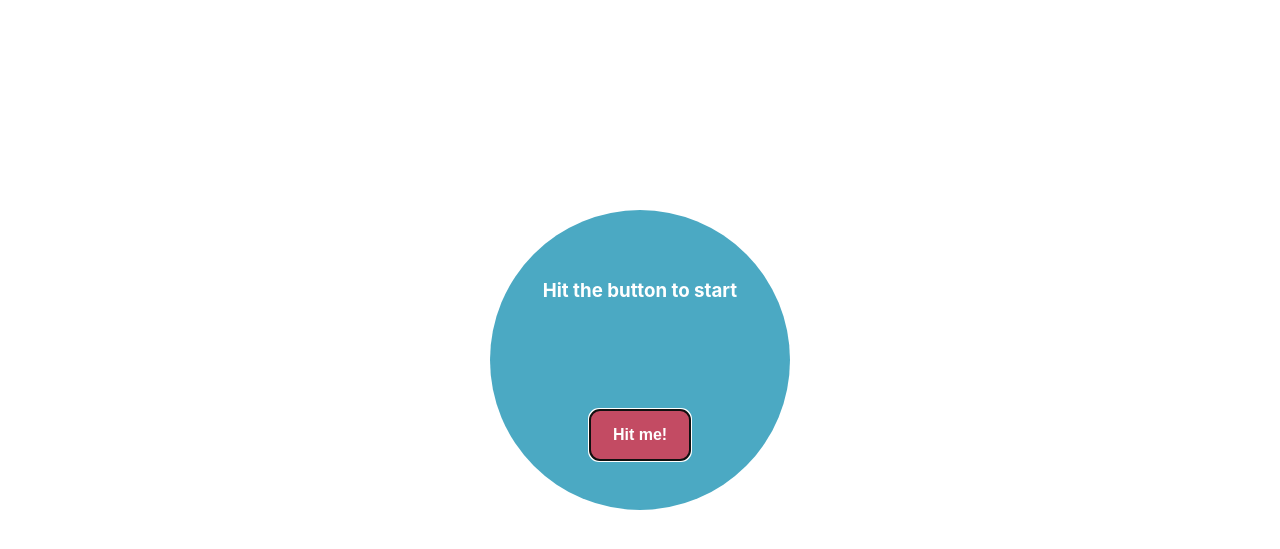
Repository: litalsh/Usless-Counter
Page: /
These files come from the project's save history. The page is drawn as it stood at one moment and after the next save; the edit follows.
The browser window is 1280 px wide. The pictures show the whole page.
The first visible `button` has the focus.
The project was rebuilt for these pictures with package versions that can differ from the ones it lists, and the page was loaded fresh each time.

Above is the page before, as saved 2021-02-22 12:45:29.

### src/App.js
import React, { useState } from 'react';
import './App.css';

function App() {
  const [counter, setCounter] = useState(0);

  const clickHandler = () => {
    setCounter(counter + 1)
  }
  return (
    <div className="App">
     {counter === 0 ? <h3>Hit the button to start</h3> : <h3>I clicked it <span>{counter}</span> times already. Nothing is happaning!</h3>}
     <button onClick={() => clickHandler()}>Hit me!</button>
    </div>
  );
}

export default App;

### src/App.css
#root{
  display: flex;
  width: 100vw;
  height: 100vh;
  justify-content: center;
  flex-direction: row;
  margin: auto;
}

.App {
  display: flex;
  flex-direction: column;
  justify-content: space-between;
  text-align: center;
  width: 300px;
  height: 300px;
  border-radius: 50%;
  background: #4BA9C3;
  padding: 50px;
  box-sizing: border-box;
  align-self: center;
}

h3 {
  color: #fff;
}

span {
  font-size: x-large;
  font-weight: bolder;
  color: #C34B63 ;
}

button {
  width: 100px;
  height: 50px;
  border-radius: 10px;
  border: 0.2em solid #fff;
  background: #C34B63;
  color: #fff;
  align-self: center;
  font-size: 1rem;
  font-weight: bold;
}

button:focus {
  border: none;
}

Loaded but not shown: public/index.html (common file); src/index.js (common file); src/index.css (common file); src/reportWebVitals.js (common file); public/manifest.json (common file)

After the next save:
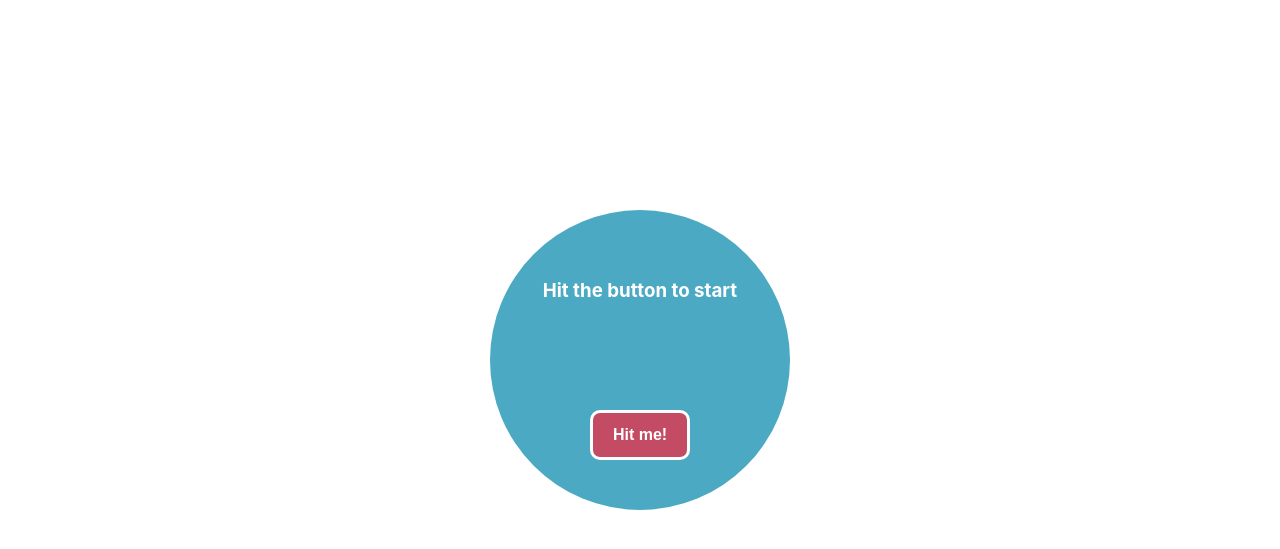
Saved 50 s later.
--- a/src/App.css
+++ b/src/App.css
@@ -44,5 +44,6 @@ button {
 }
 
 button:focus {
-  border: none;
+  outline: none;
+  box-shadow: none;
 }
